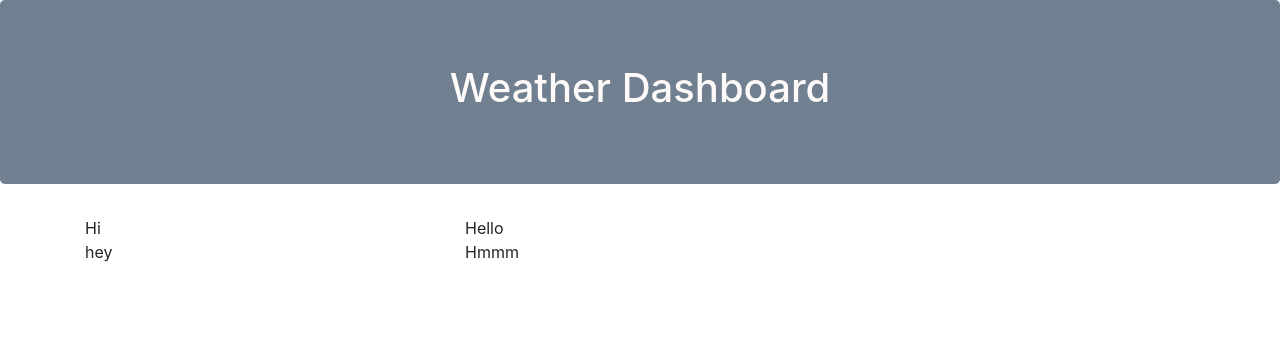
Repository: himaja830/Weather-Dashboard
Page: index.html
These files come from the project's save history. The page is drawn as it stood at one moment and after the next save; the edit follows.
The browser window is 1280 px wide. The pictures show the whole page.

Above is the page before, as saved 2020-06-27 10:28:31.

After the next save:
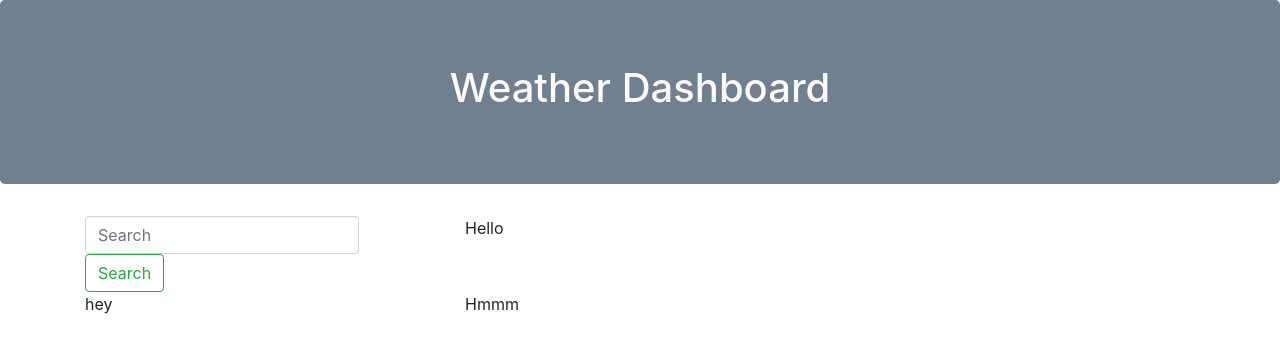
Saved 29 min 36 s later.
--- a/index.html
+++ b/index.html
@@ -13,7 +13,12 @@
     </div>
     <div class="container">
         <div class="row row-cols-4">
-            <div class="col-4">Hi</div>
+            <div class="col-4">
+                <form class="form-inline">
+                <input class="form-control mr-sm-2" type="search" placeholder="Search" aria-label="Search">
+                <button class="btn btn-outline-success my-2 my-sm-0" type="submit">Search</button>
+              </form>
+            </div>
             <div class="col-6">Hello</div>
             <div class="col-4">hey</div>
             <div class="col-6">Hmmm</div>
